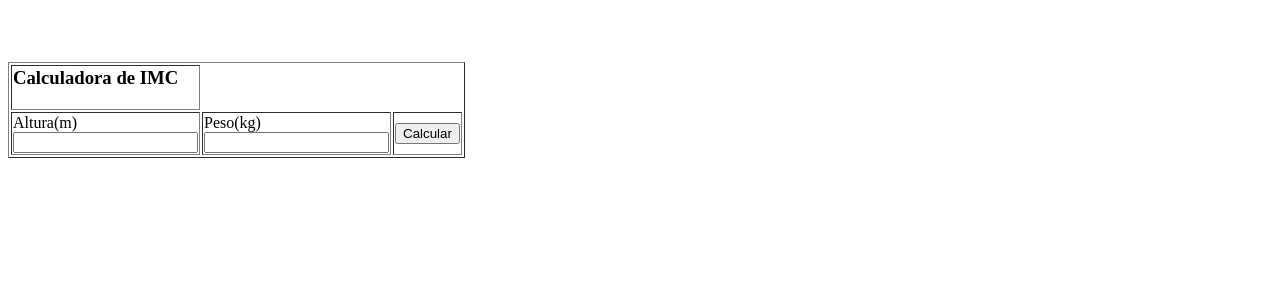
Repository: Patriciamativi/Projetos
Page: index.html
An editor plug-in stored every save of this project. The page is shown before and after the next save, followed by the edit.
The browser window is 1280 px wide. The pictures show the whole page.

Above is the page before, as saved 2022-11-17 21:04:40.

After the next save:
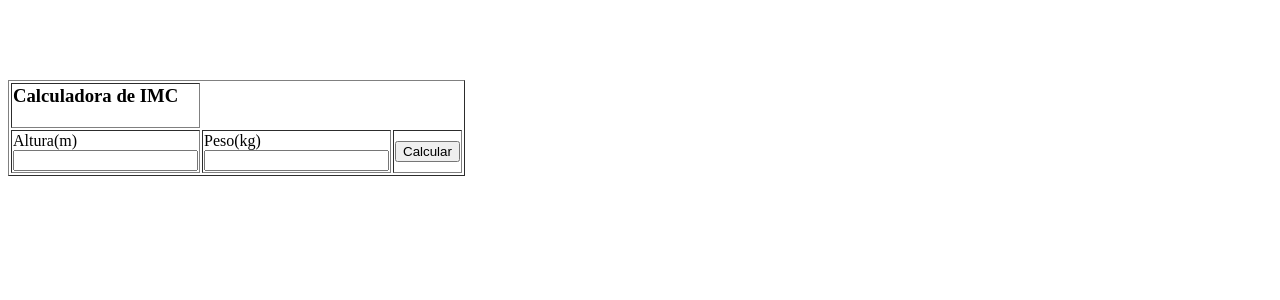
Saved 7 s later.
--- a/index.html
+++ b/index.html
@@ -9,7 +9,7 @@
             <td><h3>Calculadora de IMC</h3></td>
     </tr>
         <td>Altura(m)<br/>
-            <input type: "number" > </br></td>
+            <input type: "number" > </td></br>
 
         <td>Peso(kg)<br/>
             <input type: "number" > </td></br></br>

After the save that followed:
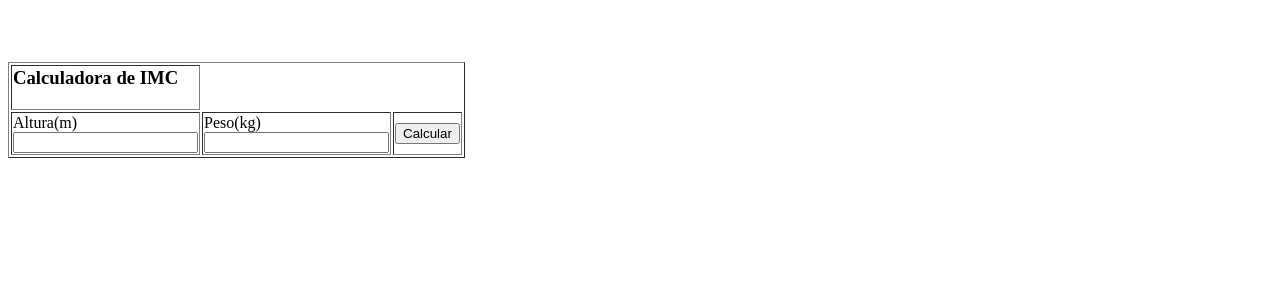
Saved 10 s later.
--- a/index.html
+++ b/index.html
@@ -9,7 +9,7 @@
             <td><h3>Calculadora de IMC</h3></td>
     </tr>
         <td>Altura(m)<br/>
-            <input type: "number" > </td></br>
+            <input type: "number" ></br> </td>
 
         <td>Peso(kg)<br/>
             <input type: "number" > </td></br></br>
